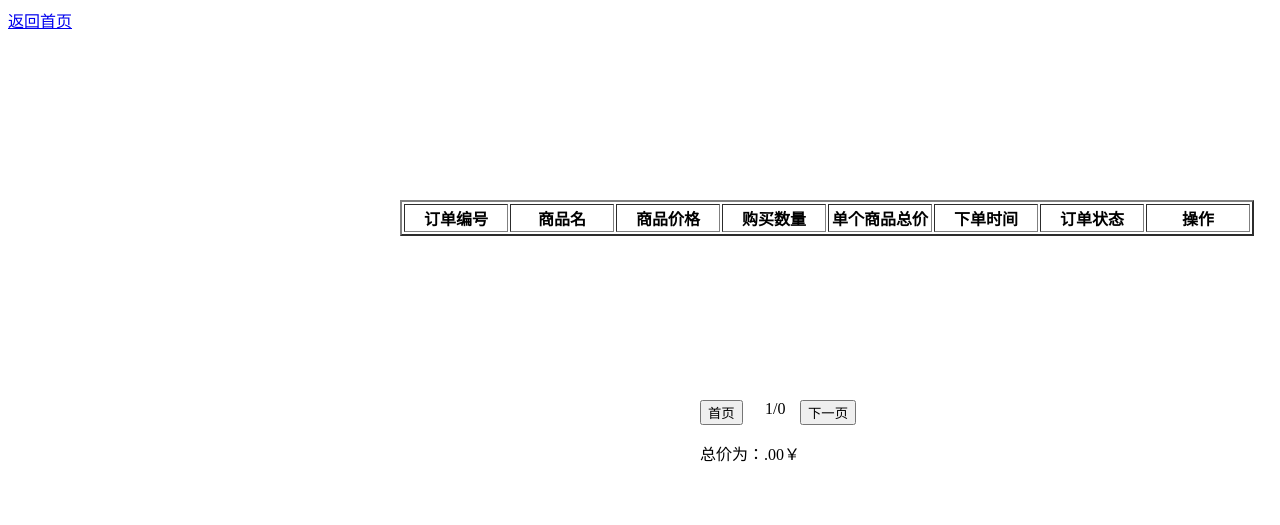
Repository: Gale-student/Gale-student.github.io
Page: http://localhost/weshop/OrdersDetailUnpaidQueryServlet
These files come from the project's save history. The page is drawn as it stood at one moment and after the next save; the edit follows.
The browser window is 1280 px wide. The pictures show the whole page.
The page is served by Tomcat 9. Queries for data that is not in the repository find no rows.

Above is the page before, as saved 2022-10-05 11:00:49.

After the next save:
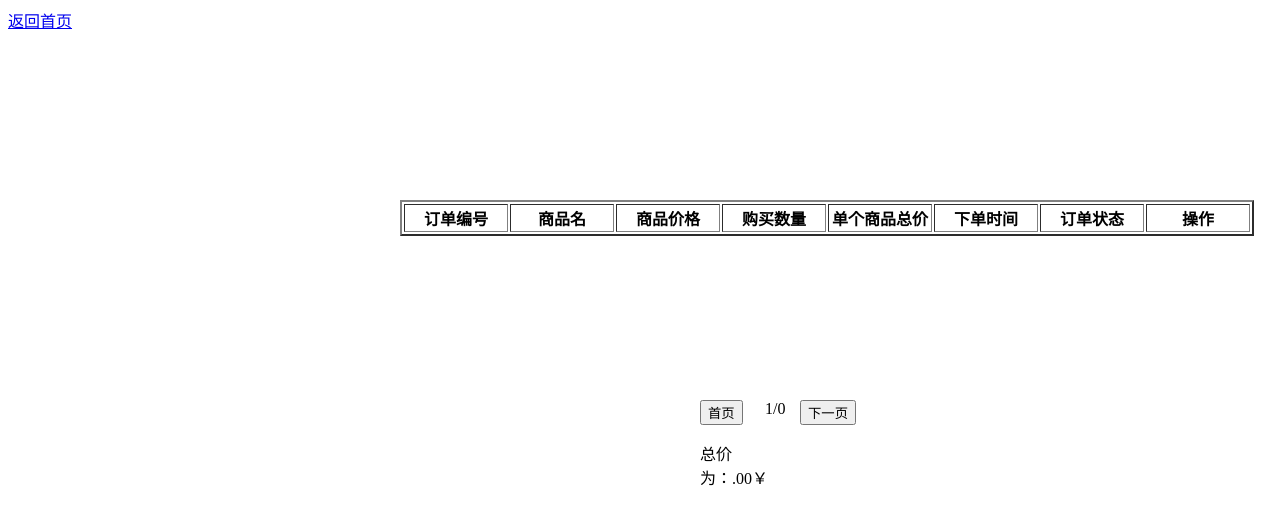
Saved 49 s later.
--- a/WeShop/weshop/WebRoot/WEB-INF/jsp/OrdersUnpaidQueryOfUser.jsp
+++ b/WeShop/weshop/WebRoot/WEB-INF/jsp/OrdersUnpaidQueryOfUser.jsp
@@ -88,7 +88,7 @@ String basePath = request.getScheme()+"://"+request.getServerName()+":"+request.
     <form style="position: absolute; top: 0px; left: 100px;" action="OrdersDetailUnpaidDownPageServlet" method="post">
        <input type="submit" value=<%=downPage %>>
     </form>
-    <label>总价为：<%=totalPrice %>.00￥</label>
+    <label style="position: absolute;">总价为：<%=totalPrice %>.00￥</label>
     </div>
 
   </body>
